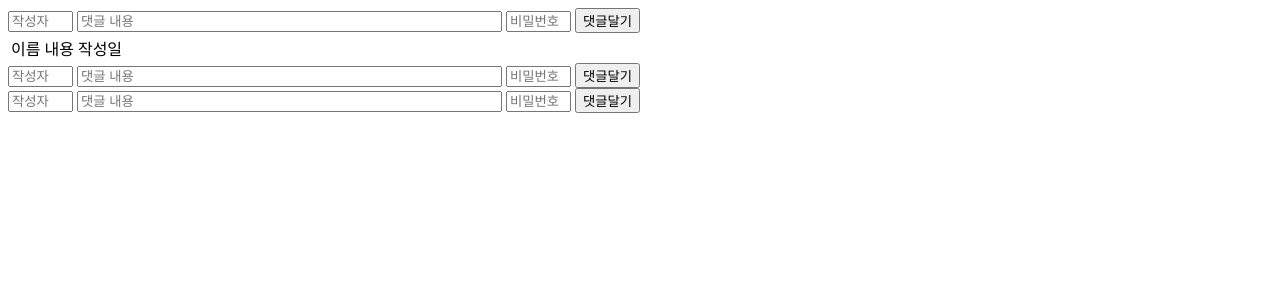
Repository: Billy-Jin/jsp
Page: http://localhost/dat/form.jsp
The author's editor kept a copy of each file at every save. The page is drawn from the files as they stood at one save, then again after the next save.
The browser window is 1280 px wide. The pictures show the whole page.
The page is served by Tomcat 9.

Above is the page before, as saved 2020-12-07 06:35:56.

After the next save:
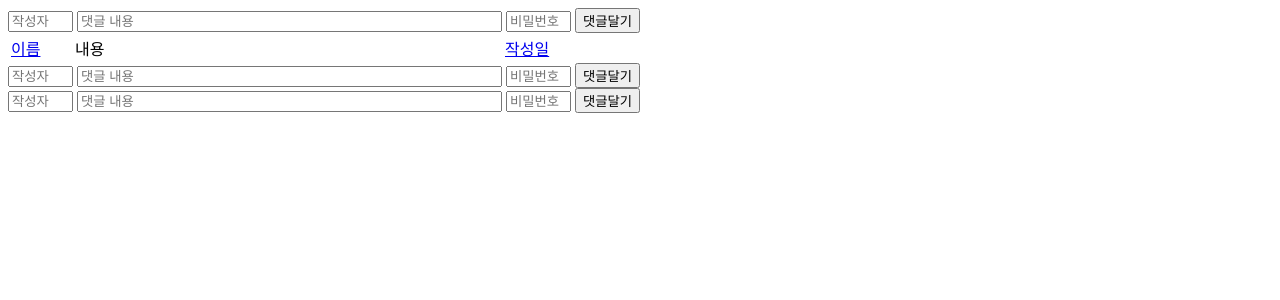
Saved 6 min 50 s later.
--- a/jsp/dat/WebContent/form.jsp
+++ b/jsp/dat/WebContent/form.jsp
@@ -5,19 +5,33 @@
 <head>
 <meta charset="UTF-8">
 <title>Insert title here</title>
+<script>
+	function update()	//폼태그의 성격을 수정으로 바꾼다
+	{
+		//폼태그의 action값을 => dat_update_ok.jsp로 변경
+		document.getElementById("pkc").action="dat_update_ok.jsp"
+		// 댓글 달기 버튼의 텍스트를 '댓글수정'으로 번경
+		document.getElementsById("submit").value="댓글수정";
+	}
+	function del()		//폼태그의 성격을 삭제로 바꾼다
+	{
+
+	}
+</script>
 </head>
 <body>
-	<form name='dat' method="post" action="dat_write_ok.jsp">
+	<form id="pkc" name='dat' method="post" action="dat_write_ok.jsp">
+		<input type="hidden" name="id"> <!-- dat테이블의 id -->
 		<input type="text" name="name" size="5" placeholder="작성자">
 		<input type="text" name="content" size="50" placeholder="댓글 내용">
 		<input type="text" name="pwd" size="5" placeholder="비밀번호">
-		<input type="submit" value="댓글달기">
+		<input type="submit" value="댓글달기" id="submint">
 	</form>
-	<table>
+	<table width="600">
 		<tr>
-			<td> 이름 </td>
+			<td width="60"><a href="javascript:update()"> 이름 </a></td>
 			<td> 내용 </td>
-			<td> 작성일 </td>
+			<td width="100"><a href="javascript:del()"> 작성일 </a></td>
 		</tr>
 	</table>
 
